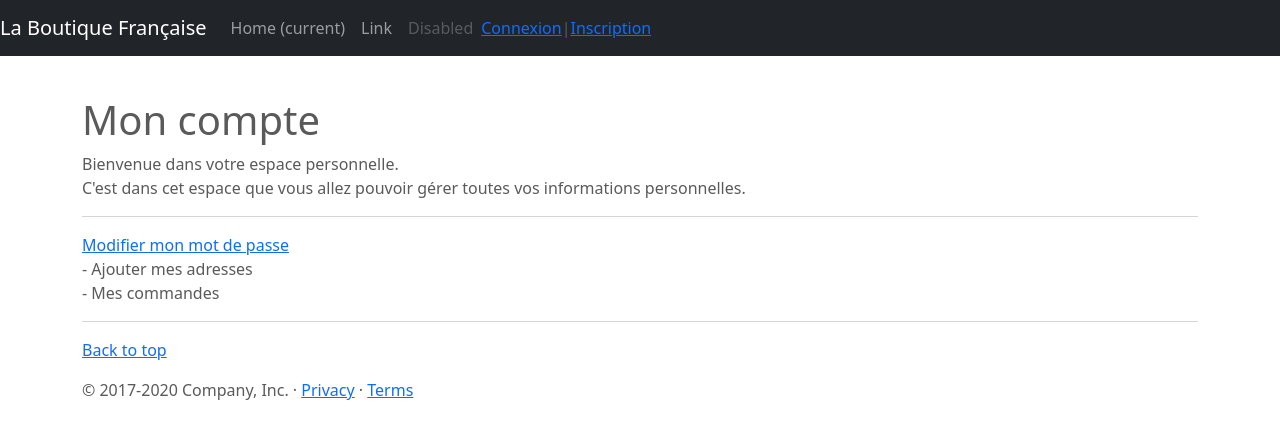
Repository: Coulibaly00180/laboutiquefrancaise
Page: templates/account/password.html.twig
An editor plug-in stored every save of this project. The page is shown before and after the next save, followed by the edit.
The browser window is 1280 px wide. The pictures show the whole page.
The page is a Twig template of a Symfony application; nobody is signed in and links lead nowhere. The template is opened directly, without the code that normally fills it, so the values that code supplies are empty.

Above is the page before, as saved 2023-03-02 11:30:06.

### templates/account/password.html.twig
{% extends 'base.html.twig' %}

{% block title %}Modifier mon mot de passe - La Boutique Française{% endblock %}

{% block content %}
    <h1>Mon compte</h1>
    Bienvenue {{ app.user.firstName}} dans votre espace personnelle. <br>
    C'est dans cet espace que vous allez pouvoir gérer toutes vos informations personnelles.<br>
    <hr>
    <a href="{{ path('app_account_password') }}">Modifier mon mot de passe</a> <br>
    -   Ajouter mes adresses<br>
    -   Mes commandes<br>
    <hr>
{% endblock %}

### templates/base.html.twig
<!doctype html>
<html lang="fr">
<head>
    <meta charset="utf-8">
    <meta name="viewport" content="width=device-width, initial-scale=1, shrink-to-fit=no">
    <meta name="description" content="">
    <meta name="author" content="Coulibaly Abdoulaye Christian">
    <meta name="generator" content="Jekyll v4.1.1">
    <title>{% block title %}La Boutique Française - 100% Made in French{% endblock %}</title>

    <!-- Bootstrap core CSS -->
    <link href="{{ asset('assets/css/bootstrap.min.css') }}" rel="stylesheet">

    <style>
        .bd-placeholder-img {
            font-size: 1.125rem;
            text-anchor: middle;
            -webkit-user-select: none;
            -moz-user-select: none;
            -ms-user-select: none;
            user-select: none;
        }

        @media (min-width: 768px) {
            .bd-placeholder-img-lg {
                font-size: 3.5rem;
            }
        }
    </style>
    <!-- Custom styles for this template -->
    <link href="{{ asset('assets/css/carousel.css') }}" rel="stylesheet">
</head>
<body>
    <header>
        <nav class="navbar navbar-expand-md navbar-dark fixed-top bg-dark">
            <a class="navbar-brand" href="#">La Boutique Française</a>
            <button class="navbar-toggler" type="button" data-toggle="collapse" data-target="#navbarCollapse" aria-controls="navbarCollapse" aria-expanded="false" aria-label="Toggle navigation">
                <span class="navbar-toggler-icon"></span>
            </button>
            <div class="collapse navbar-collapse" id="navbarCollapse">
                <ul class="navbar-nav mr-auto">
                    <li class="nav-item active">
                        <a class="nav-link" href="#">Home <span class="sr-only">(current)</span></a>
                    </li>
                    <li class="nav-item">
                        <a class="nav-link" href="#">Link</a>
                    </li>
                    <li class="nav-item">
                        <a class="nav-link disabled" href="#" tabindex="-1" aria-disabled="true">Disabled</a>
                    </li>
                </ul>
                {% if app.user %}
                    <a href=" {{path('app_account') }}">Mon compte</a> | <a href=" {{ path('app_logout') }}">Déconnexion</a>
                {% else %}
                    <a href=" {{ path('app_login') }}">Connexion</a> | <a href="{{ path('app_register') }}">Inscription</a>
                {% endif %}
            </div>
        </nav>
    </header>

    <main role="main">

        {% if block('carousel') is defined %}

        <div id="myCarousel" class="carousel slide" data-ride="carousel">
            <ol class="carousel-indicators">
                <li data-target="#myCarousel" data-slide-to="0" class="active"></li>
                <li data-target="#myCarousel" data-slide-to="1"></li>
                <li data-target="#myCarousel" data-slide-to="2"></li>
            </ol>
            <div class="carousel-inner">
                <div class="carousel-item active">
                    <svg class="bd-placeholder-img" width="100%" height="100%" xmlns="http://www.w3.org/2000/svg" preserveAspectRatio="xMidYMid slice" focusable="false" role="img"><rect width="100%" height="100%" fill="#777"/></svg>
                    <div class="container">
                        <div class="carousel-caption text-left">
                            <h1>Example headline.</h1>
                            <p>Cras justo odio, dapibus ac facilisis in, egestas eget quam. Donec id elit non mi porta gravida at eget metus. Nullam id dolor id nibh ultricies vehicula ut id elit.</p>
                            <p><a class="btn btn-lg btn-primary" href="#" role="button">Sign up today</a></p>
                        </div>
                    </div>
                </div>
                <div class="carousel-item">
                    <svg class="bd-placeholder-img" width="100%" height="100%" xmlns="http://www.w3.org/2000/svg" preserveAspectRatio="xMidYMid slice" focusable="false" role="img"><rect width="100%" height="100%" fill="#777"/></svg>
                    <div class="container">
                        <div class="carousel-caption">
                            <h1>Another example headline.</h1>
                            <p>Cras justo odio, dapibus ac facilisis in, egestas eget quam. Donec id elit non mi porta gravida at eget metus. Nullam id dolor id nibh ultricies vehicula ut id elit.</p>
                            <p><a class="btn btn-lg btn-primary" href="#" role="button">Learn more</a></p>
                        </div>
                    </div>
                </div>
                <div class="carousel-item">
                    <svg class="bd-placeholder-img" width="100%" height="100%" xmlns="http://www.w3.org/2000/svg" preserveAspectRatio="xMidYMid slice" focusable="false" role="img"><rect width="100%" height="100%" fill="#777"/></svg>
                    <div class="container">
                        <div class="carousel-caption text-right">
                            <h1>One more for good measure.</h1>
                            <p>Cras justo odio, dapibus ac facilisis in, egestas eget quam. Donec id elit non mi porta gravida at eget metus. Nullam id dolor id nibh ultricies vehicula ut id elit.</p>
                            <p><a class="btn btn-lg btn-primary" href="#" role="button">Browse gallery</a></p>
                        </div>
                    </div>
                </div>
            </div>
            <a class="carousel-control-prev" href="#myCarousel" role="button" data-slide="prev">
                <span class="carousel-control-prev-icon" aria-hidden="true"></span>
                <span class="sr-only">Previous</span>
            </a>
            <a class="carousel-control-next" href="#myCarousel" role="button" data-slide="next">
                <span class="carousel-control-next-icon" aria-hidden="true"></span>
                <span class="sr-only">Next</span>
            </a>
        </div>

        {% endif %}


        <!-- Marketing messaging and featurettes
        ================================================== -->
        <!-- Wrap the rest of the page in another container to center all the content. -->

        <div class="container marketing {% if block('carousel') is not defined %} mt-5 {% endif %}">

            {% block content %}

            {% endblock %}

        </div><!-- /.container -->

        <!-- FOOTER -->
        <footer class="container">
            <p class="float-right"><a href="#">Back to top</a></p>
            <p>&copy; 2017-2020 Company, Inc. &middot; <a href="#">Privacy</a> &middot; <a href="#">Terms</a></p>
        </footer>
    </main>
    <script src="https://code.jquery.com/jquery-3.5.1.slim.min.js"></script>
    <script src="{{ asset('assets/js/bootstrap.bundle.js') }}"></script>
</body>
</html>

### public/assets/css/carousel.css
/* GLOBAL STYLES
-------------------------------------------------- */
/* Padding below the footer and lighter body text */

body {
    padding-top: 3rem;
    padding-bottom: 3rem;
    color: #5a5a5a;
}


/* CUSTOMIZE THE CAROUSEL
-------------------------------------------------- */

/* Carousel base class */
.carousel {
    margin-bottom: 4rem;
}
/* Since positioning the image, we need to help out the caption */
.carousel-caption {
    bottom: 3rem;
    z-index: 10;
}

/* Declare heights because of positioning of img element */
.carousel-item {
    height: 32rem;
}
.carousel-item > img {
    position: absolute;
    top: 0;
    left: 0;
    min-width: 100%;
    height: 32rem;
}


/* MARKETING CONTENT
-------------------------------------------------- */

/* Center align the text within the three columns below the carousel */
.marketing .col-lg-4 {
    margin-bottom: 1.5rem;
    text-align: center;
}
.marketing h2 {
    font-weight: 400;
}
.marketing .col-lg-4 p {
    margin-right: .75rem;
    margin-left: .75rem;
}


/* Featurettes
------------------------- */

.featurette-divider {
    margin: 5rem 0; /* Space out the Bootstrap <hr> more */
}

/* Thin out the marketing headings */
.featurette-heading {
    font-weight: 300;
    line-height: 1;
    letter-spacing: -.05rem;
}


/* RESPONSIVE CSS
-------------------------------------------------- */

@media (min-width: 40em) {
    /* Bump up size of carousel content */
    .carousel-caption p {
        margin-bottom: 1.25rem;
        font-size: 1.25rem;
        line-height: 1.4;
    }

    .featurette-heading {
        font-size: 50px;
    }
}

@media (min-width: 62em) {
    .featurette-heading {
        margin-top: 7rem;
    }
}

Loaded but not shown: public/assets/css/bootstrap.min.css (library); public/assets/js/bootstrap.bundle.js (library)

After the next save:
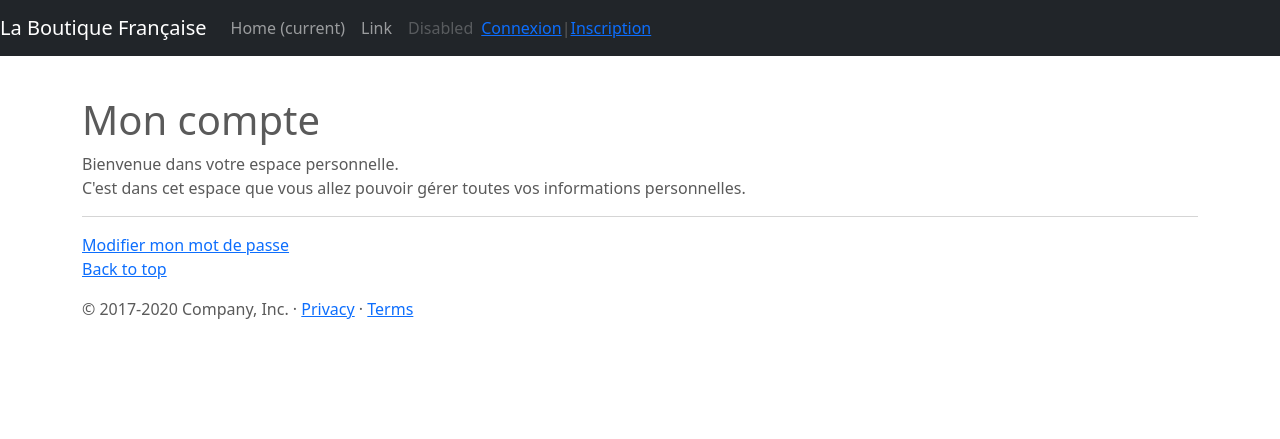
Saved 9 s later.
--- a/templates/account/password.html.twig
+++ b/templates/account/password.html.twig
@@ -8,7 +8,4 @@
     C'est dans cet espace que vous allez pouvoir gérer toutes vos informations personnelles.<br>
     <hr>
     <a href="{{ path('app_account_password') }}">Modifier mon mot de passe</a> <br>
-    -   Ajouter mes adresses<br>
-    -   Mes commandes<br>
-    <hr>
 {% endblock %}
